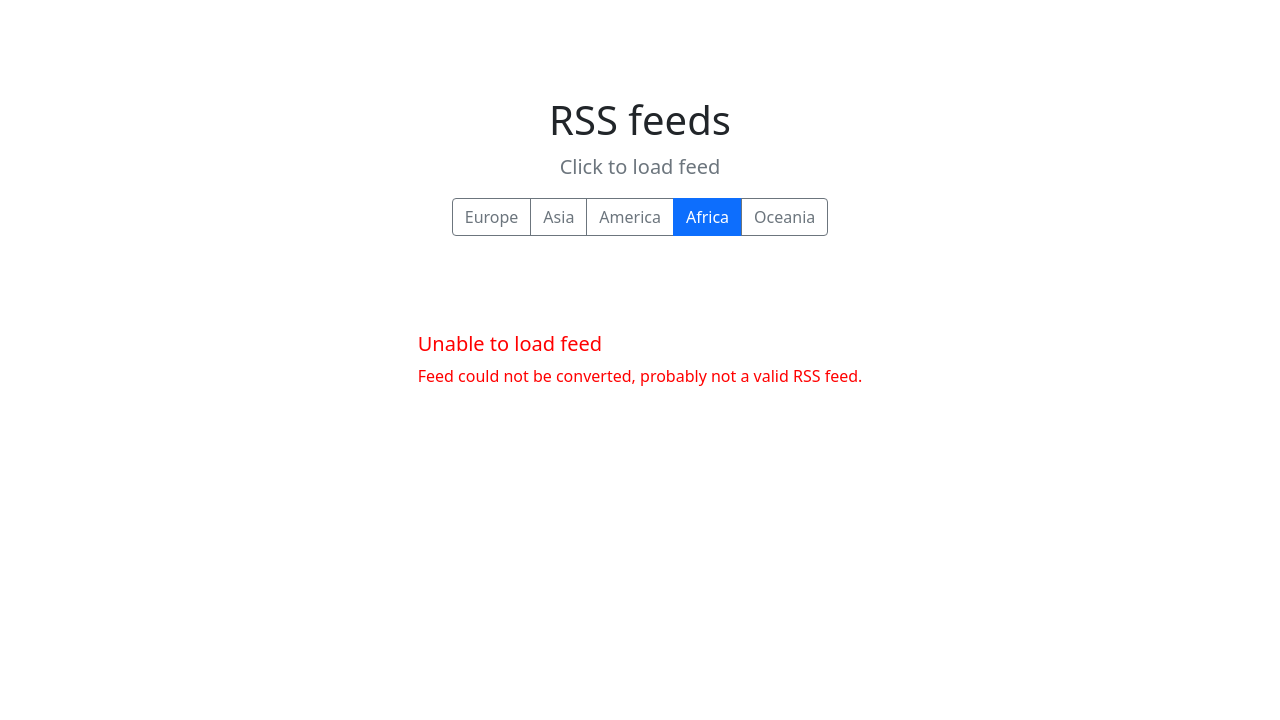
Repository: lilit1121/Templating-DOM-manipulation-and-data-processing
Page: africa.html
An editor plug-in stored every save of this project. The page is shown before and after the next save, followed by the edit.
The browser window is 1280 px wide. The pictures show the whole page.
The page's requests for data from a server got no answer.

Above is the page before, as saved 2023-02-09 16:47:23.

### africa.html
<!DOCTYPE html>
<html lang="en">
   <head>
    <meta charset="UTF-8" />
    <meta http-equiv="X-UA-Compatible" content="IE=edge" />
    <meta name="viewport" content="width=device-width, initial-scale=1.0" />
    <link rel="stylesheet" href="styles.css" />
    <link
      href="https://cdn.jsdelivr.net/npm/bootstrap@5.0.2/dist/css/bootstrap.min.css"
      rel="stylesheet"
      integrity="sha384-EVSTQN3/azprG1Anm3QDgpJLIm9Nao0Yz1ztcQTwFspd3yD65VohhpuuCOmLASjC"
      crossorigin="anonymous"
    />
    <script
      src="https://cdn.jsdelivr.net/npm/bootstrap@5.0.2/dist/js/bootstrap.bundle.min.js"
      integrity="sha384-MrcW6ZMFYlzcLA8Nl+NtUVF0sA7MsXsP1UyJoMp4YLEuNSfAP+JcXn/tWtIaxVXM"
      crossorigin="anonymous"
    ></script>
    <title>Templating, DOM manipulation and data processing</title>
  </head>
  <body>
    <section class="py-5 text-center container">
      <div class="row py-lg-5">
        <div class="col-lg-6 col-md-8 mx-auto">
          <h1 class="fw-light">RSS feeds</h1>
          <p class="lead text-muted">Click to load feed</p>
          <div class="btn-group">
            <a href="./europe.html" class="btn btn-outline-secondary">Europe</a>
            <a href="./asia.html" class="btn btn-outline-secondary">Asia</a>
            <a href="./americas.html" class="btn btn-outline-secondary"
              >America</a
            >
            <a href="./africa.html" class="btn btn-primary"
              >Africa</a
            >
            <a href="./oceania.html" class="btn btn-outline-secondary"
              >Oceania</a
            >
          </div>
        </div>
      </div>
    </section>


    <!-- Loading state UI -->
    <div id="loadding" class="visually-hidden">
      <svg
      xmlns="http://www.w3.org/2000/svg"
      xmlns:xlink="http://www.w3.org/1999/xlink"
      style="margin: auto; background: #fff; display: block"
      width="200px"
      height="200px"
      viewBox="0 0 100 100"
      preserveAspectRatio="xMidYMid"
    >
      <circle
        cx="50"
        cy="50"
        r="32"
        stroke-width="8"
        stroke="#416cff"
        stroke-dasharray="50.26548245743669 50.26548245743669"
        fill="none"
        stroke-linecap="round"
      >
        <animateTransform
          attributeName="transform"
          type="rotate"
          repeatCount="indefinite"
          dur="1s"
          keyTimes="0;1"
          values="0 50 50;360 50 50"
        ></animateTransform>
      </circle>
    </svg>
  </div>

    <!-- Error state UI -->
    <div id="error">
      <div>
      <h5>Unable to load feed</h5>
      <!-- Show error message, if applicable -->
      Feed could not be converted, probably not a valid RSS feed.<br />
    </div>
  </div>
    <!-- Pagination -->
    <div  id="main_container" class="container">
    <section class="py-5 text-center container">
      <div class="row py-lg-5">
        <nav>
          <ul class="pagination">
            <li class="page-item disabled">
              <a class="page-link">Previous</a>
            </li>
            <li class="page-item active">
              <a class="page-link" href="#">1</a>
            </li>
            <li class="page-item">
              <a class="page-link" href="#">2</a>
            </li>
            <li class="page-item"><a class="page-link" href="#">3</a></li>
            <li class="page-item">
              <a class="page-link" href="#">Next</a>
            </li>
          </ul>
        </nav>
      </div>
    </section>

      <!-- Feed (Show no more than 5 posts per page) -->
      <div
       id="content_section"
        class="row row-cols-1 row-cols-sm-2 row-cols-md-3 g-3"
      ></div>


    <!-- Pagination -->
    <section class="py-5 text-center container">
      <div class="row py-lg-5">
        <nav>
          <ul class="pagination">
            <li class="page-item disabled">
              <a class="page-link">Previous</a>
            </li>
            <li class="page-item active">
              <a class="page-link" href="#">1</a>
            </li>
            <li class="page-item">
              <a class="page-link" href="#">2</a>
            </li>
            <li class="page-item"><a class="page-link" href="#">3</a></li>
            <li class="page-item">
              <a class="page-link" href="#">Next</a>
            </li>
          </ul>
        </nav>
      </div>
    </div>
    </section>
    <script src="./script.js"></script>
  </body>
</html>

### styles.css

.card-text {
    display: -webkit-box;
    -webkit-box-orient: vertical;
    -webkit-line-clamp: 4;
    overflow: hidden;
  }
#error{
  display: none;
  justify-content: center;
  color: red;
}

### script.js
const main_container = document.getElementById("main_container");
const content_section = document.getElementById("content_section");
const page_item = document.querySelectorAll(".page-item");
const loadding = document.getElementById("loadding");
const error = document.getElementById("error");
let countriesData;
let sliceStart = 0;
let currentPage = 1;



page_item.forEach((el) => {
  el.addEventListener("click", (event) => {
    changePage(event);
  });
});

function changePage(e) {
  console.log(sliceStart);
  if (e.target.innerText === "Next" && sliceStart < 10) {
    sliceStart += 5;
    currentPage = (sliceStart - 5) / 5 + 2;
  } else if (e.target.innerText === "Previous" && sliceStart > 0) {
    sliceStart -= 5;
    currentPage = (sliceStart + 5) / 5;
  } else if (
    e.target.innerText === "1" ||
    e.target.innerText === "2" ||
    e.target.innerText === "3"
  ) {
    currentPage = +e.target.innerText;
    sliceStart = (+e.target.innerText - 1) * 5;
  }
  page_item.forEach((el) => {
    el.classList.remove("active");
    el.classList.remove("disabled");
    if (currentPage === +el.innerText) el.classList.add("active");
    else if (currentPage === 1 && el.innerText === "Previous")
      el.classList.add("disabled");
    else if (currentPage === 3 && el.innerText === "Next")
      el.classList.add("disabled");
  });
  showCountrys(countriesData, sliceStart);
}

function showCountrys(countriesData, sliceStart) {
  let countrys = countriesData.slice(sliceStart, sliceStart + 5);
  content_section.innerHTML = "";
  for (let i = 0; i < countrys.length; i++) {
    content_section.innerHTML += `<div id="content_section" class="col">
    <div class="card shadow-sm">
      <img src=${countrys[i].flags.png} />
      <div class="card-body">
        <h4>
          Country: ${countrys[i].name.official}
        </h4>
        <h5>
          Country: ${countrys[i].capital ? countrys[i].capital[0] : undefined}
        </h5>
        <p class="card-text">
          <small
            >Population: ${countrys[i].population}</small
          >
        </p>
        <p><a href="#">Read more &rarr;</a></p>
        <div class="d-flex justify-content-between align-items-center">
          <!-- Format date appropriately as per browser/device region format -->
          <small class="text-muted">Dec 10, 2021</small>
        </div>
      </div>
    </div>
    </div>  `;
  }
}

(async function getCountriesDataByRegion() {
  loadding.style.display = "contents";
  main_container.style.display = "none";
  await fetch(
    `https://restcountries.com/v3.1/region/${
      window.location.pathname.slice(1).split(".")[0]
    }`
  )
    .then((res) => res.json())
    .then((data) => {
      countriesData = data.slice(0, 15);
      showCountrys(countriesData, sliceStart);
      main_container.style.display = "block";
    })
    .catch(() => (error.style.display = "flex"));

  loadding.style.display = "none";
})();

After the next save:
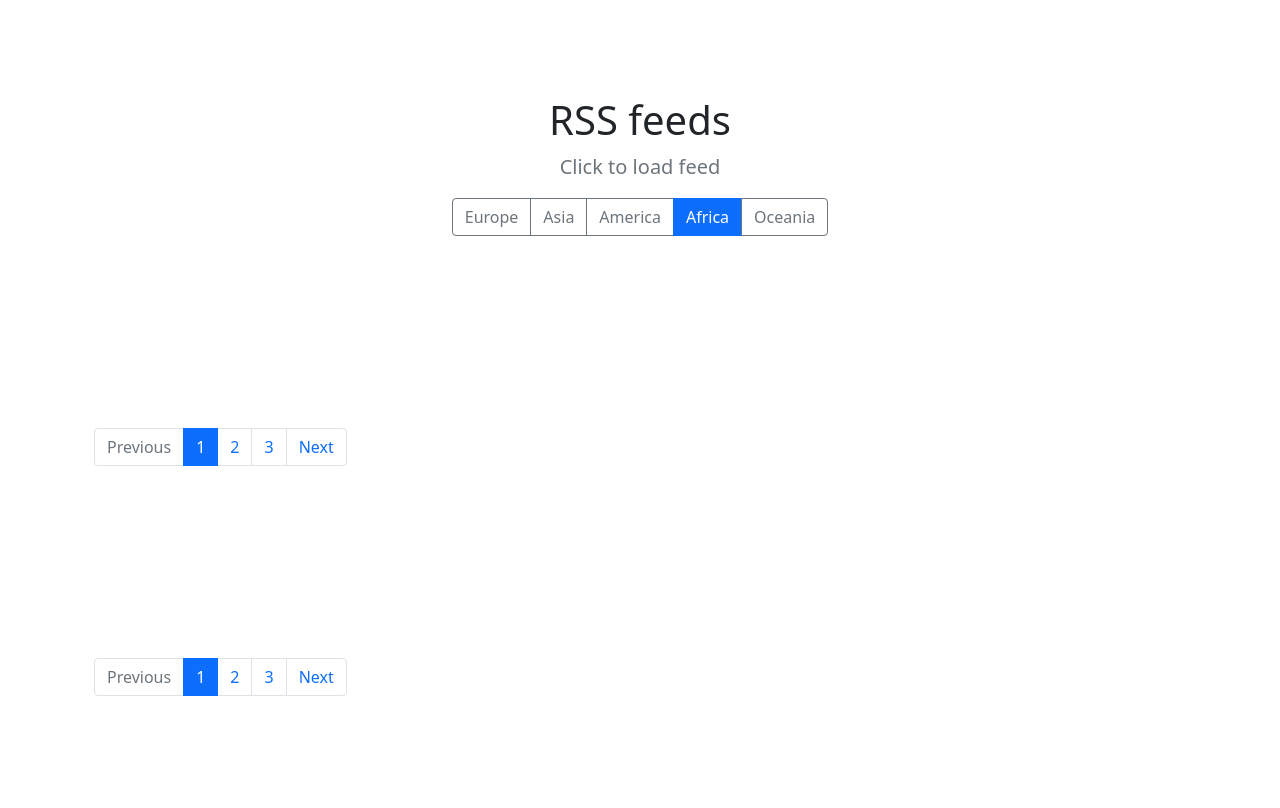
Console error: SyntaxError: Unexpected token ')'
Saved 2 min 46 s later.
--- a/script.js
+++ b/script.js
@@ -17,6 +17,7 @@
 
 function changePage(e) {
   console.log(sliceStart);
+  if(){
   if (e.target.innerText === "Next" && sliceStart < 10) {
     sliceStart += 5;
     currentPage = (sliceStart - 5) / 5 + 2;

After the 6 saves that followed:
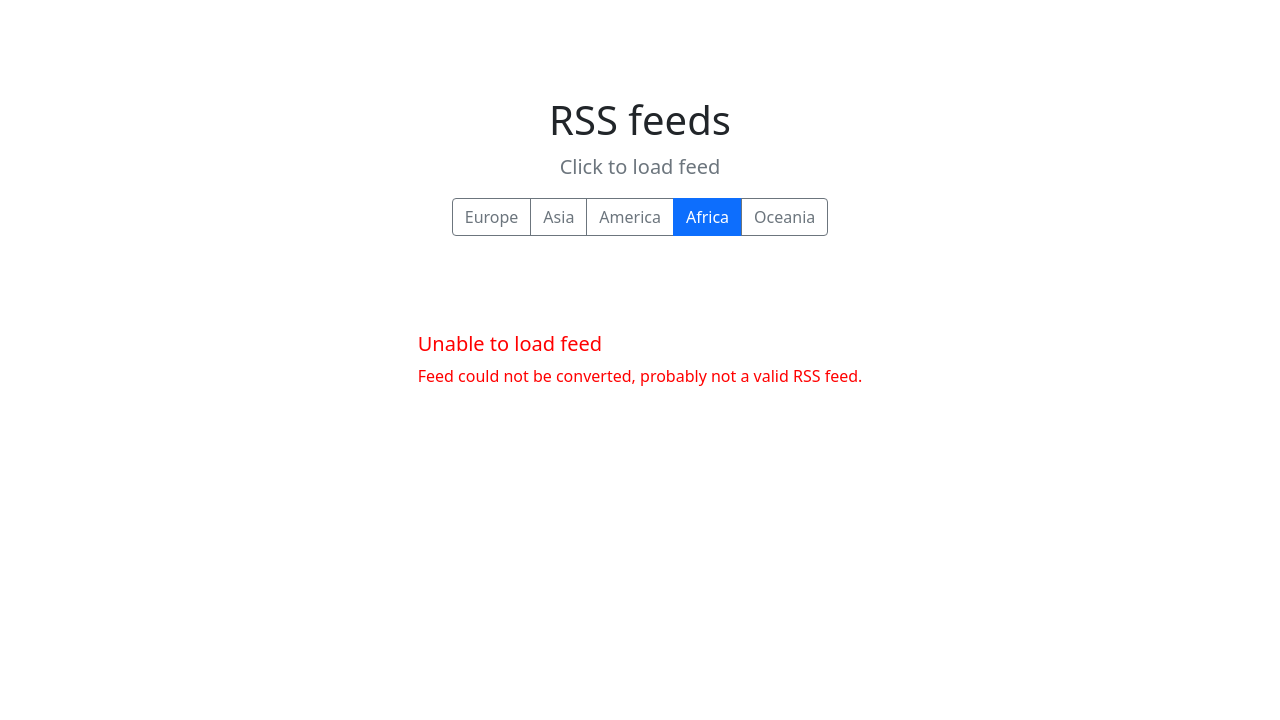
The error is gone.
The 6 saves are shown as one change because 3 left the picture as it was and some came seconds apart.
The last was saved 34 s later.
--- a/script.js
+++ b/script.js
@@ -17,7 +17,7 @@
 
 function changePage(e) {
   console.log(sliceStart);
-  if(){
+  if(e.target.classList.contains()){}
   if (e.target.innerText === "Next" && sliceStart < 10) {
     sliceStart += 5;
     currentPage = (sliceStart - 5) / 5 + 2;
